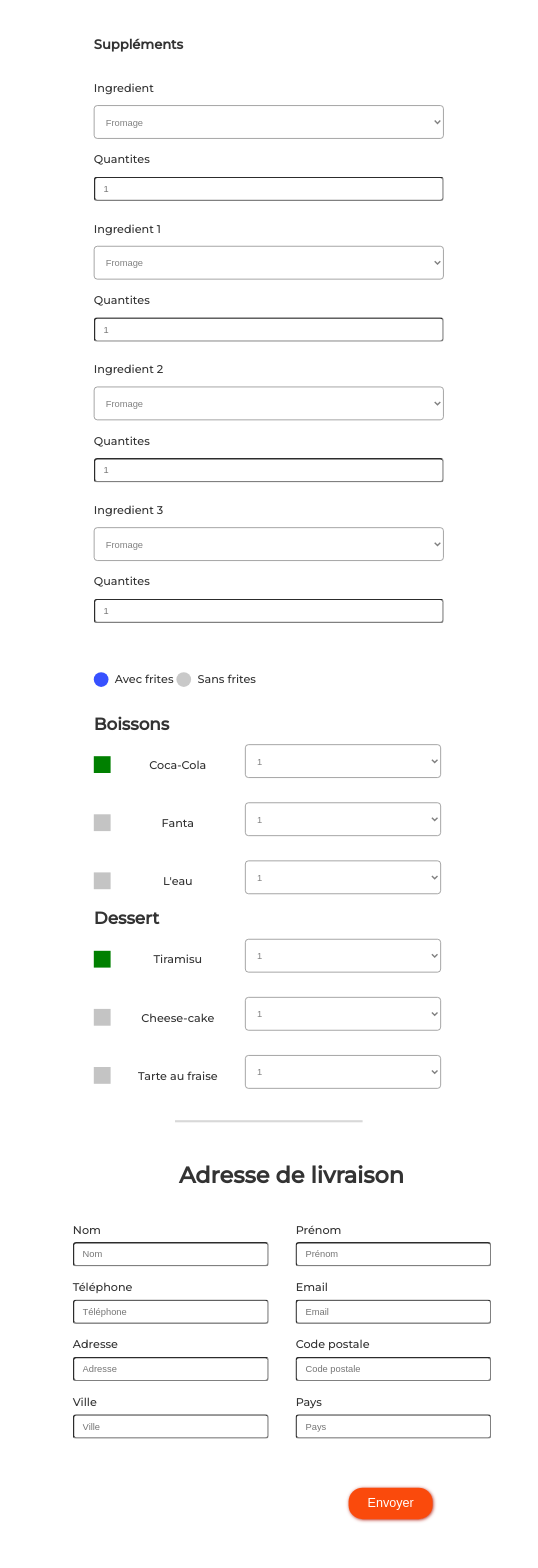
Repository: sisilass31/bella-olonje
Page: html/commande.html
These files come from the project's save history. The page is drawn as it stood at one moment and after the next save; the edit follows.
The browser window is 768 px wide. The pictures show the part of the page from y = 1216 to 3456 px (the page is 3456 px tall before and 3426 px after), at 70% of full size.
Some web libraries are served in a nearby version.

Above is the page before, as saved 2023-02-15 09:11:50.

### html/commande.html
<!DOCTYPE html>
<html lang="fr">
<head>
    <meta charset="UTF-8">
    <meta http-equiv="X-UA-Compatible" content="IE=edge">
    <meta name="viewport" content="width=device-width, initial-scale=1.0">
    <link rel="stylesheet" href="https://pro.fontawesome.com/releases/v5.10.0/css/all.css">
    <link rel="stylesheet" href="../css/commande.css">
    <title>Votre commande</title>
</head>

<body>

  <header>
    <nav>
      <ul class='nav-bar'>
          <li class='logo'><a href='#'><img src="../img/logo.png" alt="jsp"></a></li>
          <input type='checkbox' id='check' />
          <span class="menu">
            <li><a href="index.html" class="nav-link">Home</a></li>
            <li><a href="#pizza" class="nav-link">Pizzas</a></li>
            <li><a href="#burger" class="nav-link">Burgers</a></li>
            <li><a href="#salades" class="nav-link">Salades</a></li>
            <li><a href="index3.html" class="nav-link">Contact</a></li>
            <label for="check" class="close-menu"><i class="fas fa-times"></i></label>
          </span>
          <label for="check" class="open-menu"><i class="fas fa-bars"></i></label>
      </ul>
  </nav>

    <div class="food_app">
      <div class="title_food_app">
        <h3>Food app</h3>
        <strong>Chez Bella <br>chaque désir s'additionne.</strong>
      </div>
    </div>
  </header>

  <main>
    <div class="infos" id="form-infos">
      <form>
        <h1>Vos informations</h1>

        <div class="grp_infos">
          <div class="nom_prenom">
            <div class="label1">
              <label class="label_nom">Nom</label><br>
              <input type="text" placeholder="Nom">
            </div>
            <div class="label1">
              <label class="label_nom">Prénom</label><br>
              <input type="text" placeholder="Prénom">
            </div>
          </div>

          <div class="telephone_email">
            <div class="label1">
              <label class="label_nom">Téléphone</label><br>
              <input type="text" placeholder="Téléphone">
            </div>
            <div class="label1">
              <label class="label_nom">Email</label><br>
              <input type="text" placeholder="Email">
            </div>
          </div>
        </div>
      </form>
    </div>

    <hr>

    <div class="commande">
      <form>
        <h1>Votre commande</h1>
        <h3>Suppléments</h3>
        <div class="grp_suppliment">
          <div class="ingredient_quantite">
            <div class="fromage">
              <label>Ingredient</label><br>
              <select name="ingr" class="suppléments">
                <option value="fromage">Fromage</option>
                <option value="fromage">Fromage</option>
                <option value="fromage">Fromage</option>
                <option value="fromage">Fromage</option>
                <option value="fromage">Fromage</option>
                <option value="fromage">Fromage</option>
                <option value="fromage">Fromage</option>
              </select>
            </div>
            <div class="box">
              <label>Quantites</label><br>
              <input type="number" min="0" placeholder="1">
            </div>
          </div>

          <div class="ingredient_quantite">
           <div class="fromage">
              <label>Ingredient 1</label><br>
              <select name="ingr" class="suppléments">
                <option value="fromage">Fromage</option>
                <option value="fromage">Fromage</option>
                <option value="fromage">Fromage</option>
                <option value="fromage">Fromage</option>
                <option value="fromage">Fromage</option>
                <option value="fromage">Fromage</option>
                <option value="fromage">Fromage</option>
              </select>
            </div>
            <div class="box">
              <label>Quantites</label><br>
              <input type="number" min="0" placeholder="1">
            </div>
          </div>

          <div class="ingredient_quantite">
            <div class="fromage">
              <label>Ingredient 2</label><br>
              <select name="ingr" class="suppléments">
                <option value="fromage">Fromage</option>
                <option value="fromage">Fromage</option>
                <option value="fromage">Fromage</option>
                <option value="fromage">Fromage</option>
                <option value="fromage">Fromage</option>
                <option value="fromage">Fromage</option>
                <option value="fromage">Fromage</option>
              </select>
            </div>
            <div class="box">
              <label>Quantites</label><br>
              <input type="number" min="0" placeholder="1">
            </div>
          </div>

          <div class="ingredient_quantite">
            <div class="fromage">
              <label>Ingredient 3</label><br>
              <select name="ingr" class="suppléments">
                <option value="fromage">Fromage</option>
                <option value="fromage">Fromage</option>
                <option value="fromage">Fromage</option>
                <option value="fromage">Fromage</option>
                <option value="fromage">Fromage</option>
                <option value="fromage">Fromage</option>
                <option value="fromage">Fromage</option>
              </select>
            </div>
            <div class="box">
              <label>Quantites</label><br>
              <input type="number" min="0" placeholder="1">
            </div>
          </div>
        </div>


        <div class="check2">
          <label class="container">Avec frites
            <input type="radio" checked="checked" name="radio">
            <span class="checkmark"></span>
          </label>
          <label class="container">Sans frites
            <input type="radio" name="radio">
            <span class="checkmark"></span>
          </label>
        </div>


        <div class="all">
          <div class="content_of_boisson">
              <h2>Boissons</h2>
              <div class="boissons">
                  <div class="carre"></div>
                  <label>Coca-Cola</label>
                  <select name="Fromage" class="Fromage" style="margin-top: 10px;">
                    <option value="">1</option>
                    <option value="">2</option>
                    <option value="">3</option>
                    <option value="">4</option>
                  </select>
              </div>
              <div class="boissons">
                  <div class="carre grey"></div>
                  <label>Fanta</label>
                  <select name="Fromage" class="Fromage" style="margin-top: 10px;">
                    <option value="">1</option>
                    <option value="">2</option>
                    <option value="">3</option>
                    <option value="">4</option>
                  </select>
              </div>
              <div class="boissons">
                  <div class="carre grey"></div>
                  <label>L'eau</label>
                  <select name="Fromage" class="Fromage" style="margin-top: 10px;">
                    <option value="">1</option>
                    <option value="">2</option>
                    <option value="">3</option>
                    <option value="">4</option>
                  </select>
              </div>
          </div>

          <div class="content_of_dessert">
              <h2>Dessert</h2>
              <div class="boissons dessert">
                  <div class="carre"></div>
                  <label>Tiramisu</label>
                  <select name="Fromage" class="Fromage" style="margin-top: 10px;">
                      <option value="">1</option>
                      <option value="">2</option>
                      <option value="">3</option>
                      <option value="">4</option>
                  </select>
              </div>
              <div class="boissons dessert">
                  <div class="carre grey"></div>
                  <label>Cheese-cake</label>
                  <select name="Fromage" class="Fromage" style="margin-top: 10px;">
                    <option value="">1</option>
                    <option value="">2</option>
                    <option value="">3</option>
                    <option value="">4</option>
                  </select>
              </div>
              <div class="boissons dessert">
                  <div class="carre grey"></div>
                  <label>Tarte au fraise</label>
                  <select name="Fromage" class="Fromage" style="margin-top: 10px;">
                    <option value="">1</option>
                    <option value="">2</option>
                    <option value="">3</option>
                    <option value="">4</option>
                  </select>
              </div>
          </div>
          </div>
      </form>
    </div>

    <hr>

    <div class="livraison">
      <form>
        <h1>Adresse de livraison</h1>
        <div class="grp_infos">
          <div class="nom_prenom">
            <div class="label1">
              <label class="label_nom">Nom</label><br>
              <input type="text" placeholder="Nom">
            </div>
            <div class="label1">
              <label class="label_nom">Prénom</label><br>
              <input type="text" placeholder="Prénom">
            </div>
          </div>

          <div class="telephone_email">
            <div class="label1">
              <label class="label_nom">Téléphone</label><br>
              <input type="text" placeholder="Téléphone">
            </div>
            <div class="label1">
              <label class="label_nom">Email</label><br>
              <input type="text" placeholder="Email">
            </div>
          </div>
          <div class="nom_prenom">
            <div class="label1">
              <label class="label_nom">Adresse</label><br>
              <input type="text" placeholder="Adresse">
            </div>
            <div class="label1">
              <label class="label_nom">Code postale</label><br>
              <input type="text" placeholder="Code postale">
            </div>
          </div>

          <div class="telephone_email">
            <div class="label1">
              <label class="label_nom">Ville</label><br>
              <input type="text" placeholder="Ville">
            </div>
            <div class="label1">
              <label class="label_nom">Pays</label><br>
              <input type="text" placeholder="Pays">
            </div>
          </div>
        </div>
          <div class="div_button"><button class="button" type="button">Envoyer</button></div>
      </form>

    </div>
  </main>

</body>

### css/commande.css
@import url('https://fonts.googleapis.com/css2?family=Montserrat:wght@100;200;500&display=swap');

* {
    margin: 0px;
    padding: 0px;
    scroll-behavior: smooth;
    box-sizing: border-box;
}

html,
body {
    font-family: Montserrat, sans-serif;
    background-size: cover;
    background-position: center;
    height: 100vh;
    background-repeat: no-repeat;
    scroll-behavior: smooth;
}

/*navbar*/
.nav-bar {
    width: 100%;
    display: flex;
    justify-content: space-between;
    align-items: center;
    list-style: none;
    position: relative;
    background-color: #FFF;
    padding: 12px 20px;
}

.logo img {
    width: 150px;
}

.menu {
    display: flex;
}

.menu li {
    padding-left: 30px;
    padding-right: 55px;
}

.menu li a {
    display: inline-block;
    text-decoration: none;
    color: #333;
    text-align: center;
    position: relative;
}

.menu li a:hover {
    color: #FA4A0C;
}

.open-menu {
    position: absolute;
    color: #FA4A0C;
    cursor: pointer;
    font-size: 1.5rem;
    display: none;
}

.close-menu {
    position: absolute;
    color: #333;
    cursor: pointer;
    font-size: 1.5rem;
    display: none;
    padding: 10px;
}

.open-menu {
    top: 50%;
    right: 20px;
    transform: translateY(-50%);
}

.close-menu {
    top: 20px;
    right: 20px;
}

#check {
    display: none;
}

@media(max-width: 920px) {
    .menu {
        flex-direction: column;
        align-items: center;
        width: 60%;
        height: 100vh;
        position: fixed;
        top: 0;
        right: -100%;
        z-index: 100;
        background-color: rgb(152, 152, 152);
        ;
        transition: all 0.2s ease-in-out;
        padding-top: 100px;
    }

    .menu li {
        margin-top: 40px;
    }

    .menu li a {
        padding: 10px;
        color: #FFF;
    }

    .open-menu {
        display: block;
        padding-right: 25px;
        padding-top: 13px;
    }

    .close-menu {
        display: block;
        color: #FFF;
        padding-right: 25px;
        padding-top: 22px;
    }

    #check:checked~.menu {
        right: 0;
    }

    .menu li a:hover {
        color: #333;
    }

    .nav-link {
        font-family: Montserrat;
        letter-spacing: .8px;
    }
}

/*navbar*/


/*food_app*/
.title_food_app {
    padding-top: 50px;
}

.food_app {
    background-image: url(../img/food_app.png);
    min-height: 90vh;
    background-repeat: no-repeat;
    background-position: center;
    background-size: cover;
}

.title_food_app h3 {
    font-family: 'Montserrat';
    font-style: normal;
    font-weight: 550;
    font-size: 24px;
    line-height: 36px;
    text-align: center;
    letter-spacing: 0.1px;
    color: #F7F7F7;
    padding-top: 50px;
}

.title_food_app {

    font-family: Montserrat;
    font-style: normal;
    font-weight: 600;
    font-size: 58px;
    line-height: 80px;
    text-align: center;
    letter-spacing: 0.2px;
    color: #FFFFFF;
}

.title_pizza {
    display: flex;
    justify-content: center;
    color: #000000;
}

/*food_app*/


/*infos*/


.ingredient_quantite {
    display: flex;
    flex-direction: row;
    justify-content: flex-start;
    gap: 20%;
    margin-bottom: 10px;
}


main {
    color: #333333;
}

.label1 input {
    width: 280px;
    height: 35px;
    margin-bottom: 20px;
    margin-top: 8px;
    padding: 5px 12px;
    color: grey;
    border-radius: 5px;
    border-color: gray;
}


.infos h1 {
    padding-top: 50px;
    padding-bottom: 30px;
    margin-left: 65px;
}

hr {
    height: 3px;
    background-color: #d8d8d8;
    border: none;
    margin: 25px 250px 25px;
}

.nom_prenom {
    display: flex;
    justify-content: space-between;
    padding: 0px 600px 28px 65px;
}

.telephone_email {
    display: flex;
    justify-content: space-between;
    padding: 0px 600px 28px 65px;
}

/*infos*/

/*livraison*/

.livraison h1 {
    margin-left: 65px;
    padding-top: 30px;
    padding-bottom: 50px;
}

/*livraison*/

/*commande*/
.suppléments {
    width: 280px;
    height: 48px;
    margin-bottom: 20px;
    margin-top: 15px;
    padding: 5px 12px;
    color: grey;
    border-radius: 5px;
    border-color: gray;
    background-color: #FFFFFF;
}


.commande {
    margin-left: 65px;
}

.commande h1 {
    padding-top: 30px;
}

.commande h3 {
    padding-top: 50px;
    padding-bottom: 42px;
}

.box input {
    width: 280px;
    height: 35px;
    margin-bottom: 20px;
    margin-top: 15px;
    padding: 5px 12px;
    color: grey;
    border-radius: 5px;
    border-color: gray;
}

.boissons_dessert {
    display: flex;
    flex-direction: row;
}

/*commande*/


.div_button {
    padding: 50px 150px 70px 0px;
    display: flex;
    justify-content: flex-end;
}

button {
    border: 0;
    line-height: 2.5;
    width: 120px;
    padding: 0 18px;
    font-size: 18px;
    text-align: center;
    color: #fff;
    border-radius: 20px;
    background-color: #FA4A0C;
    box-shadow: 1px 1px 5px #B73227;
}


/*dessert et boissons*/

.avec,
.sans {
    display: flex;
    flex-direction: row;
    justify-content: space-around;
    width: 150px;
    height: 40px;
    align-items: center;
}

.sans_f {
    padding-top: 39px;
    padding-left: 50px;
}

.avec_f {
    padding-left: 10px;
}

.boissons {
    display: flex;
    align-items: center;
    justify-content: space-between;
    width: 31rem;
    padding-top: 5px;
}

.carre {
    width: 24px;
    height: 24px;
    background-color: green;
}

.carre.grey {
    background-color: #C4C4C4;
}

.all {
    display: flex;
}

.content_of_dessert {
    margin-left: 186px;
}

.Fromage {
    padding: 7px;
    border-radius: 5px;
    width: 280px;
    height: 48px;
    margin-bottom: 20px;
    margin-top: 8px;
    padding: 5px 12px;
    color: grey;
    border-radius: 5px;
    border-color: gray;
    background-color: #FFFFFF;
}

/*dessert et boissons*/


/*checkbox*/
.check2 {
    padding-top: 40px;
    padding-bottom: 40px;
}

.container {
    position: relative;
    cursor: pointer;
    font-size: 16px;
    padding-left: 30px;
}

.container input {
    position: absolute;
    opacity: 0;
    cursor: pointer;
}

.checkmark {
    position: absolute;
    top: 0;
    left: 0;
    height: 21px;
    width: 21px;
    background-color: rgba(176, 176, 176, 0.677);
    border-radius: 50%;
}


.container input:checked~.checkmark {
    background-color: #3751FF;
}

.checkmark:after {
    position: absolute;
    display: none;
}

.container input:checked~.checkmark:after {
    display: block;
}

.container .checkmark:after {
    top: 9px;
    left: 9px;
    width: 8px;
    background: white;
}

/*checkbox*/

/*responsive*/
@media (max-width:767px) {
    .grp_infos {
        display: flex;
    }

    .nom_prenom {
        flex-direction: column;
        justify-content: center;
        padding: 0;
        margin-left: 5%;
    }

    .telephone_email {
        flex-direction: column;
        justify-content: center;
        padding: 0;
        margin-left: 5%;
    }

    .content_of_dessert {
        margin-left: 0px;
    }

    .all {
        flex-direction: column;
    }
}

/* Ipad Mini to ipad */
@media screen and (min-width:768px) and (max-width:991px) {
    .grp_infos {
        display: flex;
        flex-direction: column;
        justify-content: center;
    }

    .label1 {
        margin-left: 5%;
    }

    .infos h1 {
        padding: 50px;
        margin: 0;
        display: flex;
        justify-content: center;
    }
    .livraison h1 {
        padding-top: 30px;
        padding-bottom: 50px;
        display: flex;
        justify-content: center;
        }
    .nom_prenom {
        justify-content: center;
        padding: 0;
    }

    .telephone_email {
        justify-content: center;
        padding: 0;
    }

    .content_of_dessert {
        margin-left: 0px;
    }

    .all {
        display: flex;
        flex-direction: column;
        margin: 0;
    }

    form {
        display: flex;
        flex-direction: column;
    }

    .commande h1 {
        padding-top: 0;
        display: flex;
        justify-content: center;
    }

    .commande {
        margin-left: 0;
        display: flex;
        justify-content: center;
    }

    .ingredient_quantite {
        flex-direction: column;
    }

    .suppléments {
        width: 500px;
    }

    .box input {
        width: 500px;
    }
}

/* Ipad et Mini Ordi */
@media screen and (min-width:992px) and (max-width:1199px) {}

/*responsive*/

After the next save:
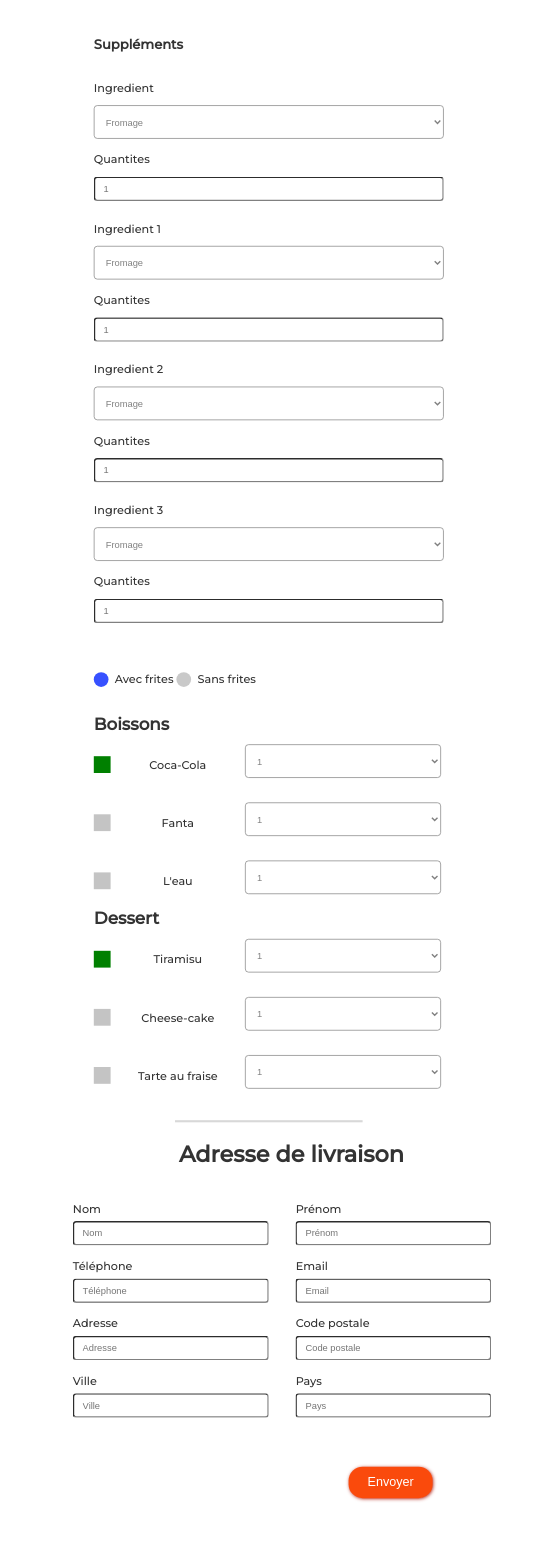
Saved 5 s later.
--- a/css/commande.css
+++ b/css/commande.css
@@ -482,7 +482,7 @@ button {
         justify-content: center;
     }
     .livraison h1 {
-        padding-top: 30px;
+        padding:0;
         padding-bottom: 50px;
         display: flex;
         justify-content: center;
